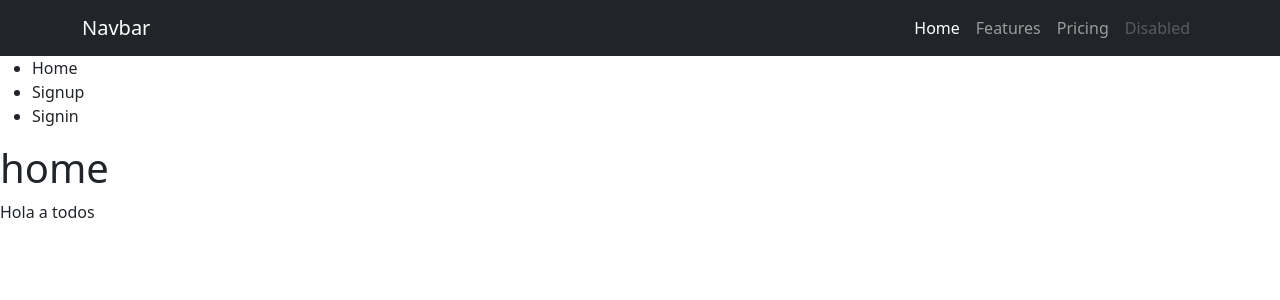
Repository: dbettancourt/django-auth-crud
Page: http://localhost/
These files come from the project's save history. The page is drawn as it stood at one moment and after the next save; the edit follows.
The browser window is 1280 px wide. The pictures show the whole page.
The page is served by the project's application, run on Django 4.2 (manage.py). Other server files are loaded and not shown.

Above is the page before, as saved 2023-06-06 10:17:37.

### tasks/templates/home.html
{% extends 'base.html' %}

{% block content %}
<h1>home</h1>
<p>Hola a todos</p>
{% endblock %}

### tasks/templates/base.html
<!DOCTYPE html>
<!--[if lt IE 7]>      <html class="no-js lt-ie9 lt-ie8 lt-ie7"> <![endif]-->
<!--[if IE 7]>         <html class="no-js lt-ie9 lt-ie8"> <![endif]-->
<!--[if IE 8]>         <html class="no-js lt-ie9"> <![endif]-->
<!--[if gt IE 8]>      <html class="no-js"> <!--<![endif]-->
<html>
    <head>
        <meta charset="utf-8">
        <meta http-equiv="X-UA-Compatible" content="IE=edge">
        <title>Pagina Base Django</title>
        <meta name="description" content="">
        <meta name="viewport" content="width=device-width, initial-scale=1">
        <link rel="stylesheet" href="">
        <link rel="stylesheet" href="https://cdn.jsdelivr.net/npm/bootstrap@5.3.0/dist/css/bootstrap.min.css">
       <link rel="stylesheet" href="https://cdn.jsdelivr.net/npm/bootstrap-icons@1.5.0/font/bootstrap-icons.css">

    </head>
    <body>
        <!--[if lt IE 7]>
            <p class="browsehappy">You are using an <strong>outdated</strong> browser. Please <a href="#">upgrade your browser</a> to improve your experience.</p>
        <![endif]-->
        <nav class="navbar navbar-expand-lg bg-dark navbar-dark">
            <div class="container">
              <a class="navbar-brand" href="#">Navbar</a>
              <button class="navbar-toggler" type="button" data-bs-toggle="collapse" data-bs-target="#navbarNav" aria-controls="navbarNav" aria-expanded="false" aria-label="Toggle navigation">
                <span class="navbar-toggler-icon"></span>
              </button>
              <div class="collapse navbar-collapse" id="navbarNav">
                <ul class="navbar-nav ms-auto">
                  <li class="nav-item">
                    <a class="nav-link active" aria-current="page" href="#">Home</a>
                  </li>
                  <li class="nav-item">
                    <a class="nav-link" href="#">Features</a>
                  </li>
                  <li class="nav-item">
                    <a class="nav-link" href="#">Pricing</a>
                  </li>
                  <li class="nav-item">
                    <a class="nav-link disabled">Disabled</a>
                  </li>
                </ul>
              </div>
            </div>
          </nav>

        <script src="" async defer></script>

        <nav>
            <ul>
                <li class="nav-item">
                    <a href="/"  class="nav-link">Home</a>
                </li>
                {% if user.is_authenticated %}
                <li class="nav-item">
                    <a href="/tasks"  class="nav-link">Tasks Pending</a>
                </li>
                <li class="nav-item">
                    <a href="/tasks_completed"  class="nav-link">Tasks Completed</a>
                </li>
                <li class="nav-item">
                    <a href="/tasks/create"  class="nav-link">Create task</a>
                </li>

                <li class="nav-item">
                    <a href="/logout"  class="nav-link">Logout</a>
                </li>
                {% else %}
                <li class="nav-item">
                    <a href="/signup"  class="nav-link">Signup</a>
                </li>
                <li class="nav-item">
                    <a href="/signin"  class="nav-link">Signin</a>
                </li>
                {% endif %}
            </ul>
        </nav>


        {% block content %}
        {% endblock %}

    </body>
</html>

### tasks/views.py
from django.shortcuts import render, redirect, get_object_or_404
from django.contrib.auth.forms import UserCreationForm, AuthenticationForm
from django.contrib.auth.models import User
from django.contrib.auth import login, logout, authenticate
from django.db import IntegrityError
from .forms import TaskForm
from .models import Task
from django.utils import timezone
from django.contrib.auth.decorators import login_required



# Create your views here.
def home(request):
    return render(request, 'home.html')

def signup(request):

    if request.method == 'GET':
         return render(request, 'signup.html',{
        'form': UserCreationForm
    })

    else:
        if request.POST['password1'] == request.POST['password2']:
            try:
                user = User.objects.create_user(username=request.POST['username'], password=request.POST['password1'])
                user.save()
                login(request, user)
                return redirect ('tasks')
            except IntegrityError:
                return render(request, 'signup.html',{
                    'form': UserCreationForm,
                    'error': 'El usuario ya existe'
                    })
        return render(request, 'signup.html', {
            'form': UserCreationForm,
            'error': 'Las contraseñas no coinciden'
            })

@login_required
def tasks(request):
    tasks = Task.objects.filter(user=request.user, datecompleted__isnull=True)
    return render(request, 'tasks.html', {'tasks': tasks})

@login_required
def tasks_completed(request):
    tasks = Task.objects.filter(user=request.user, datecompleted__isnull=False).order_by ('-datecompleted')
    return render(request, 'tasks.html', {'tasks': tasks})

@login_required
def create_task(request):

    if request.method == 'GET':
        return render(request, 'create_task.html', {
            'form': TaskForm
        })
    else:
        try:
            form = TaskForm(request.POST)
            new_task = form.save(commit=False)
            new_task.user = request.user
            new_task.save()
            return redirect('tasks')
        except ValueError:
            return render(request, 'create_task.html', {
                'form': TaskForm,
                'error': 'Por favor ingresar datos validos'
             })

@login_required
def task_detail(request, task_id):
    if request.method == 'GET':
        task = get_object_or_404(Task, pk=task_id, user=request.user)
        form = TaskForm(instance=task)
        return render(request, 'task_detail.html', {'task': task, 'form': form})
    else:
        try:
            task = get_object_or_404(Task, pk=task_id, user=request.user)
            form = TaskForm(request.POST, instance=task)
            form.save()
            return redirect('tasks')
        except ValueError:
            return render(request, 'task_detail.html', {'task': task, 'form': form, 'error': "Error al actualizar"})

@login_required
def complete_task(request, task_id):
    task = get_object_or_404(Task, pk=task_id, user=request.user)
    if request.method == 'POST':
        task.datecompleted = timezone.now()
        task.save()
        return redirect('tasks')

@login_required
def delete_task(request, task_id):
    task = get_object_or_404(Task, pk=task_id, user=request.user)
    if request.method == 'POST':
        task.datecompleted = timezone.now()
        task.delete()
        return redirect('tasks')

@login_required
def signout(request):
    logout(request)
    return redirect('home')

def signin(request):
    if request.method=='GET':
        return render(request, 'signin.html', {
            'form': AuthenticationForm
        })
    else:
        user = authenticate(
            request, username=request.POST['username'], password=request.POST['password'])

        if user is None:
            return render(request, 'signin.html', {
                'form': AuthenticationForm,
                'error': 'Usuario o password es incorrecta'
            })
        else:
            login(request, user)
            return redirect('tasks')

### djangocrud/urls.py
"""
URL configuration for djangocrud project.

The `urlpatterns` list routes URLs to views. For more information please see:
    https://docs.djangoproject.com/en/4.2/topics/http/urls/
Examples:
Function views
    1. Add an import:  from my_app import views
    2. Add a URL to urlpatterns:  path('', views.home, name='home')
Class-based views
    1. Add an import:  from other_app.views import Home
    2. Add a URL to urlpatterns:  path('', Home.as_view(), name='home')
Including another URLconf
    1. Import the include() function: from django.urls import include, path
    2. Add a URL to urlpatterns:  path('blog/', include('blog.urls'))
"""
from django.contrib import admin
from django.urls import path
from tasks import views

urlpatterns = [
    path('admin/', admin.site.urls),
    path('', views.home, name='home'),
    path('signup/', views.signup, name='signup'),
    path('tasks/', views.tasks, name='tasks'),
    path('tasks_completed/', views.tasks_completed, name='_completed'),
    path('tasks/create/', views.create_task, name='create_tasks'),
    path('tasks/<int:task_id>/', views.task_detail, name='task_detail'),
    path('tasks/<int:task_id>/complete', views.complete_task, name='complete_task'),
    path('tasks/<int:task_id>/delete', views.delete_task, name='delete_task'),
    path('logout/', views.signout, name='logout'),
    path('signin/', views.signin, name='signin')
]

After the next save:
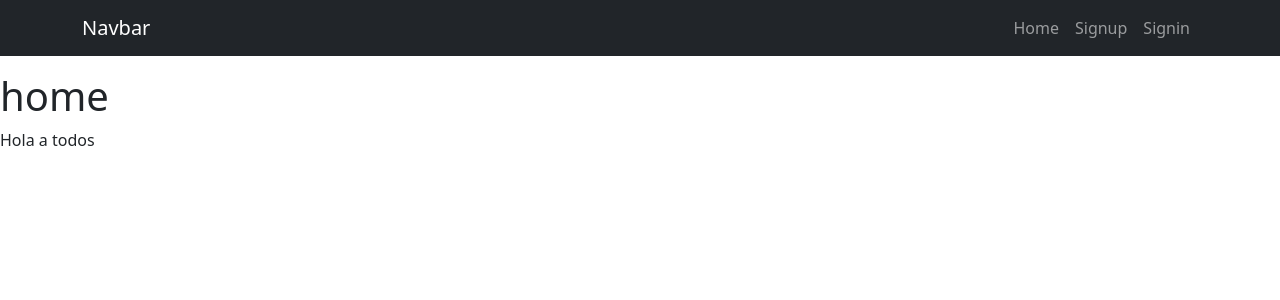
Saved 80 s later.
--- a/tasks/templates/base.html
+++ b/tasks/templates/base.html
@@ -27,18 +27,30 @@
               </button>
               <div class="collapse navbar-collapse" id="navbarNav">
                 <ul class="navbar-nav ms-auto">
-                  <li class="nav-item">
-                    <a class="nav-link active" aria-current="page" href="#">Home</a>
-                  </li>
-                  <li class="nav-item">
-                    <a class="nav-link" href="#">Features</a>
-                  </li>
-                  <li class="nav-item">
-                    <a class="nav-link" href="#">Pricing</a>
-                  </li>
-                  <li class="nav-item">
-                    <a class="nav-link disabled">Disabled</a>
-                  </li>
+                    <li class="nav-item">
+                        <a href="/"  class="nav-link">Home</a>
+                    </li>
+                    {% if user.is_authenticated %}
+                    <li class="nav-item">
+                        <a href="/tasks"  class="nav-link">Tasks Pending</a>
+                    </li>
+                    <li class="nav-item">
+                        <a href="/tasks_completed"  class="nav-link">Tasks Completed</a>
+                    </li>
+                    <li class="nav-item">
+                        <a href="/tasks/create"  class="nav-link">Create task</a>
+                    </li>
+
+                    <li class="nav-item">
+                        <a href="/logout"  class="nav-link">Logout</a>
+                    </li>
+                    {% else %}
+                    <li class="nav-item">
+                        <a href="/signup"  class="nav-link">Signup</a>
+                    </li>
+                    <li class="nav-item">
+                        <a href="/signin"  class="nav-link">Signin</a>
+                    </li>
                 </ul>
               </div>
             </div>
@@ -48,30 +60,7 @@
 
         <nav>
             <ul>
-                <li class="nav-item">
-                    <a href="/"  class="nav-link">Home</a>
-                </li>
-                {% if user.is_authenticated %}
-                <li class="nav-item">
-                    <a href="/tasks"  class="nav-link">Tasks Pending</a>
-                </li>
-                <li class="nav-item">
-                    <a href="/tasks_completed"  class="nav-link">Tasks Completed</a>
-                </li>
-                <li class="nav-item">
-                    <a href="/tasks/create"  class="nav-link">Create task</a>
-                </li>
 
-                <li class="nav-item">
-                    <a href="/logout"  class="nav-link">Logout</a>
-                </li>
-                {% else %}
-                <li class="nav-item">
-                    <a href="/signup"  class="nav-link">Signup</a>
-                </li>
-                <li class="nav-item">
-                    <a href="/signin"  class="nav-link">Signin</a>
-                </li>
                 {% endif %}
             </ul>
         </nav>
